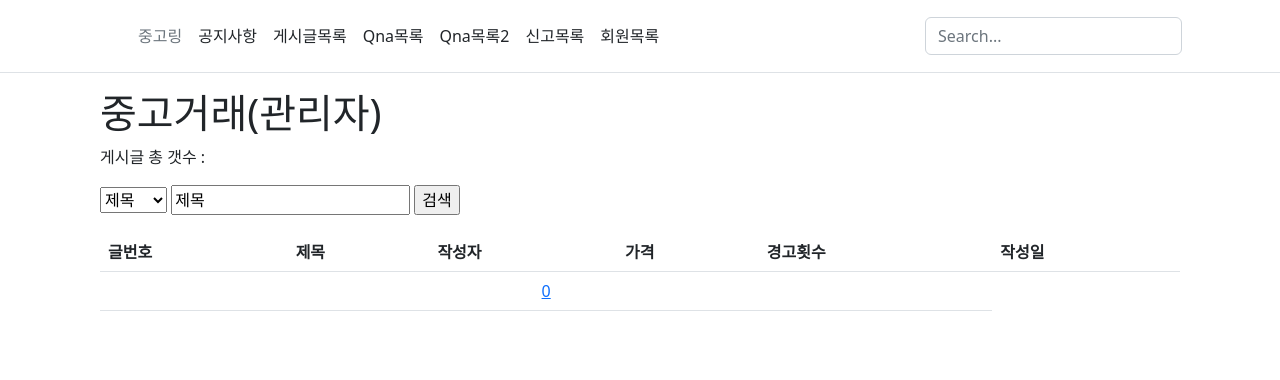
Repository: mango7431/children
Page: http://localhost/finalAdmin/WEB-INF/views/board/selectAll.jsp
These files come from the project's save history. The page is drawn as it stood at one moment and after the next save; the edit follows.
The browser window is 1280 px wide. The pictures show the whole page.
The page is served by Tomcat 9. Nobody is signed in. The template is opened directly, without the code that normally fills it, so the values that code supplies are empty.

Above is the page before, as saved 2023-07-05 01:28:13.

### finalAdmin/src/main/webapp/WEB-INF/views/board/selectAll.jsp
<%@ taglib uri="http://java.sun.com/jsp/jstl/core" prefix="c"%>
<%@ page language="java" contentType="text/html; charset=UTF-8"
	pageEncoding="UTF-8"%>
<html>
<head>
<meta charset="utf-8">
<meta name="viewport" content="width=device-width, initial-scale=1">
<title>중고거래(관리자)</title>
<link href="https://cdn.jsdelivr.net/npm/bootstrap@5.2.3/dist/css/bootstrap.min.css" rel="stylesheet" integrity="sha384-rbsA2VBKQhggwzxH7pPCaAqO46MgnOM80zW1RWuH61DGLwZJEdK2Kadq2F9CUG65" crossorigin="anonymous">
  	<script src="https://cdn.jsdelivr.net/npm/@popperjs/core@2.11.6/dist/umd/popper.min.js" integrity="sha384-oBqDVmMz9ATKxIep9tiCxS/Z9fNfEXiDAYTujMAeBAsjFuCZSmKbSSUnQlmh/jp3" crossorigin="anonymous"></script>
	<script src="https://cdn.jsdelivr.net/npm/bootstrap@5.2.3/dist/js/bootstrap.min.js" integrity="sha384-cuYeSxntonz0PPNlHhBs68uyIAVpIIOZZ5JqeqvYYIcEL727kskC66kF92t6Xl2V" crossorigin="anonymous"></script>
	<script src="https://ajax.googleapis.com/ajax/libs/jquery/3.6.4/jquery.min.js"></script>
</head>
<script type="text/javascript">

function searchList(page=1){
	console.log('searchList() ...');

	$.ajax({
		url:"jsonBoardSearchList.do",
		data:{
			searchKey:$('#searchKey').val(),
			searchWord:$('#searchWord').val(),
			page:page
		},
		method:'GET',
		dataType:'json',
		success: function(data){
			console.log('ajax success:',data);

			let vos = ``;
			let pages = ``;

			let arr = data.vos;
			let pg = data.page;

			$.each(arr,function(index,vo){

				let date = new Date(vo.board_date).toLocaleString();

				vos += `
					<tr onClick="location.href='boardSelectOne.do?board_num=\${vo.board_num}'" onmouseover="this.style.background='silver'" onmouseout="this.style.background='white'">
				      <td>\${vo.board_num}</td>
				      <td>\${vo.board_title}</td>
				      <td>\${vo.writer}</td>
				      <td>\${vo.price}</td>
				      <td>\${vo.board_report}</td>
				      <td>\${date}</td>
				   </tr>
				`;
			});

			$("#vos").html(vos);

			pages += `
			<tr>
				<td colspan="5" align="center">
					<c:if test="\${pg.startPage > 1}">
            			<a href="javascript:searchList(\${pg.startPage - 1})">&lt;</a>
        			</c:if>
			`;

			$.each(Array.from({ length: pg.endPage - pg.startPage + 1 }, function(_, i) {
    			return pg.startPage + i;
			}), function(_, number) {
    			pages += `<a href="javascript:searchList(\${number})">\${number}</a> `;
			});


			pages += `
					<c:if test="${pe.endPage < pg.totalPage}">
    					<a href="javascript:searchList(\${pg.endPage + 1})">&gt;</a>
					</c:if>
				</td>
			</tr>
			`;

			$("#pages").html(pages);

			let totalCount = pg.totalCount;
			$("#totalCount").html(totalCount);

		},
		error:function(xhr,status,error){
			console.log('xhr:',xhr.status);
		}
	});
}

</script>
<body>
	<jsp:include page="../top_menu.jsp"></jsp:include>
	<section style="padding-left: 100px; padding-right: 100px;">
		<h1>중고거래(관리자)</h1>
		<p>게시글 총 갯수 : <label id="totalCount">${page.totalCount}</label></p>

		<form action="boardSearchList.do">
			<select name="searchKey" id="searchKey">
			<option value="board_title">제목</option>
			<option value="writer">작성자</option>
			</select>
			<input type="text" name="searchWord" value="제목" id="searchWord"/>
			<input type="hidden" name="page" value="1" id="page"/>
			<input type="submit" value="검색">
		</form>
		<table class="table">
			<thead>
				<tr>
					<th scope="col">글번호</th>
					<th scope="col">제목</th>
					<th scope="col">작성자</th>
					<th scope="col">가격</th>
					<th scope="col">경고횟수</th>
					<th scope="col">작성일</th>
				</tr>
			</thead>
			<tbody class="table-group-divider" id="vos">
				<c:forEach var="vo" items="${vos }">
					<tr onClick="location.href='boardSelectOne.do?board_num=${vo.board_num}'" onmouseover="this.style.background='silver'" onmouseout="this.style.background='white'">
						<td>${vo.board_num }</td>
						<td>${vo.board_title }</td>
						<td>${vo.writer }</td>
						<td>${vo.price }</td>
						<td>${vo.board_report }</td>
						<td>${vo.board_date }</td>
					</tr>
				</c:forEach>
			</tbody>
			<tfoot id="pages">
				<tr>
					<c:if test="${empty param.searchKey}">
						<td colspan="5" align="center">
							<c:if test="${page.startPage > 1}">
								<a href="boardSelectAll.do?page=${page.startPage - 1}">&lt;</a>
							</c:if>
								<c:forEach begin="${page.startPage}" end="${page.endPage}" var="num">
									<a href="boardSelectAll.do?page=${num}">${num}</a>
								</c:forEach>
							<c:if test="${page.endPage < page.totalPage}">
								<a href="boardSelectAll.do?page=${page.endPage + 1}">&gt;</a>
							</c:if>
						</td>
					</c:if>
					<c:if test="${not empty param.searchKey}">
						<td colspan="5" align="center">
							<c:if test="${page.startPage > 1}">
								<a href="boardSearchList.do?searchKey=${param.searchKey}&searchWord=${param.searchWord}&page=${page.startPage - 1}">&lt;</a>
							</c:if>
								<c:forEach begin="${page.startPage}" end="${page.endPage}" var="num">
									<a href="boardSearchList.do?searchKey=${param.searchKey}&searchWord=${param.searchWord}&page=${num}">${num}</a>
								</c:forEach>
							<c:if test="${page.endPage < page.totalPage}">
								<a href="boardSearchList.do?searchKey=${param.searchKey}&searchWord=${param.searchWord}&page=${page.endPage + 1}">&gt;</a>
							</c:if>
						</td>
					</c:if>
				</tr>
			</tfoot>
		</table>
	</section>
</body>
</html>

### finalAdmin/src/main/webapp/WEB-INF/views/top_menu.jsp
<%@ page language="java" contentType="text/html; charset=UTF-8"
    pageEncoding="UTF-8"%>

	<header class="p-3 mb-3 border-bottom">
	    <div class="container">
	      <div class="d-flex flex-wrap align-items-center justify-content-center justify-content-lg-start">
	        <a href="/" class="d-flex align-items-center mb-2 mb-lg-0 text-dark text-decoration-none">
	          <svg class="bi me-2" width="40" height="32" role="img" aria-label="Bootstrap"><use xlink:href="#bootstrap"/></svg>
	        </a>

	        <ul class="nav col-12 col-lg-auto me-lg-auto mb-2 justify-content-center mb-md-0">
	          <li><a href="home.do" class="nav-link px-2 link-secondary">중고링</a></li>
	          <li><a href="#" class="nav-link px-2 link-dark">공지사항</a></li>
	          <li><a href="#" class="nav-link px-2 link-dark">게시글목록</a></li>
	          <li><a href="qnaSelectAll.do" class="nav-link px-2 link-dark">Qna목록</a></li>
	          <li><a href="qnaSelectAll2.do" class="nav-link px-2 link-dark">Qna목록2</a></li>
	          <li><a href="#" class="nav-link px-2 link-dark">신고목록</a></li>
	          <li><a href="#" class="nav-link px-2 link-dark">회원목록</a></li>
	        </ul>

	        <form class="col-12 col-lg-auto mb-3 mb-lg-0 me-lg-3" role="search">
	          <input type="search" class="form-control" placeholder="Search..." aria-label="Search">
	        </form>
	      </div>
	    </div>
  </header>

After the next save:
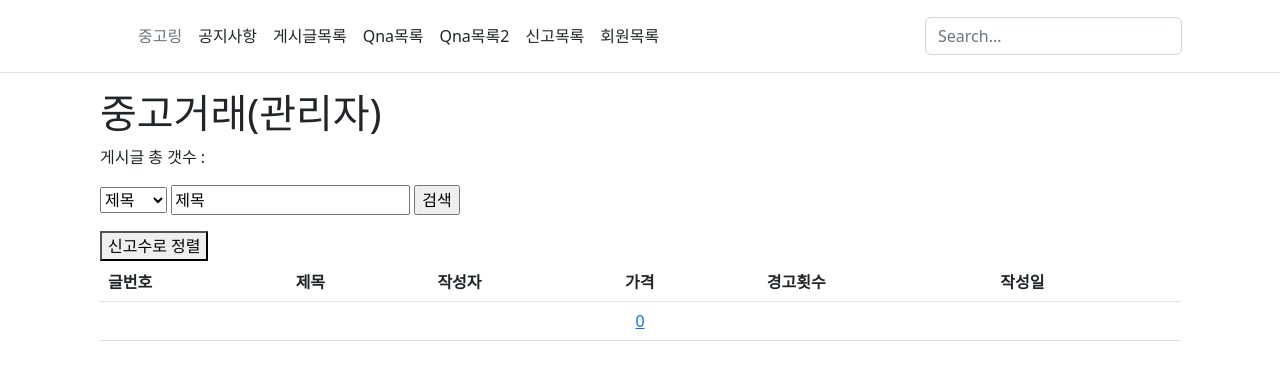
Saved 3 min 22 s later.
--- a/finalAdmin/src/main/webapp/WEB-INF/views/board/selectAll.jsp
+++ b/finalAdmin/src/main/webapp/WEB-INF/views/board/selectAll.jsp
@@ -103,6 +103,9 @@ function searchList(page=1){
 			<input type="hidden" name="page" value="1" id="page"/>
 			<input type="submit" value="검색">
 		</form>
+
+		<button onclick="sortReport()">신고수로 정렬</button>
+
 		<table class="table">
 			<thead>
 				<tr>
@@ -129,7 +132,7 @@ function searchList(page=1){
 			<tfoot id="pages">
 				<tr>
 					<c:if test="${empty param.searchKey}">
-						<td colspan="5" align="center">
+						<td colspan="6" align="center">
 							<c:if test="${page.startPage > 1}">
 								<a href="boardSelectAll.do?page=${page.startPage - 1}">&lt;</a>
 							</c:if>
@@ -142,7 +145,7 @@ function searchList(page=1){
 						</td>
 					</c:if>
 					<c:if test="${not empty param.searchKey}">
-						<td colspan="5" align="center">
+						<td colspan="6" align="center">
 							<c:if test="${page.startPage > 1}">
 								<a href="boardSearchList.do?searchKey=${param.searchKey}&searchWord=${param.searchWord}&page=${page.startPage - 1}">&lt;</a>
 							</c:if>
